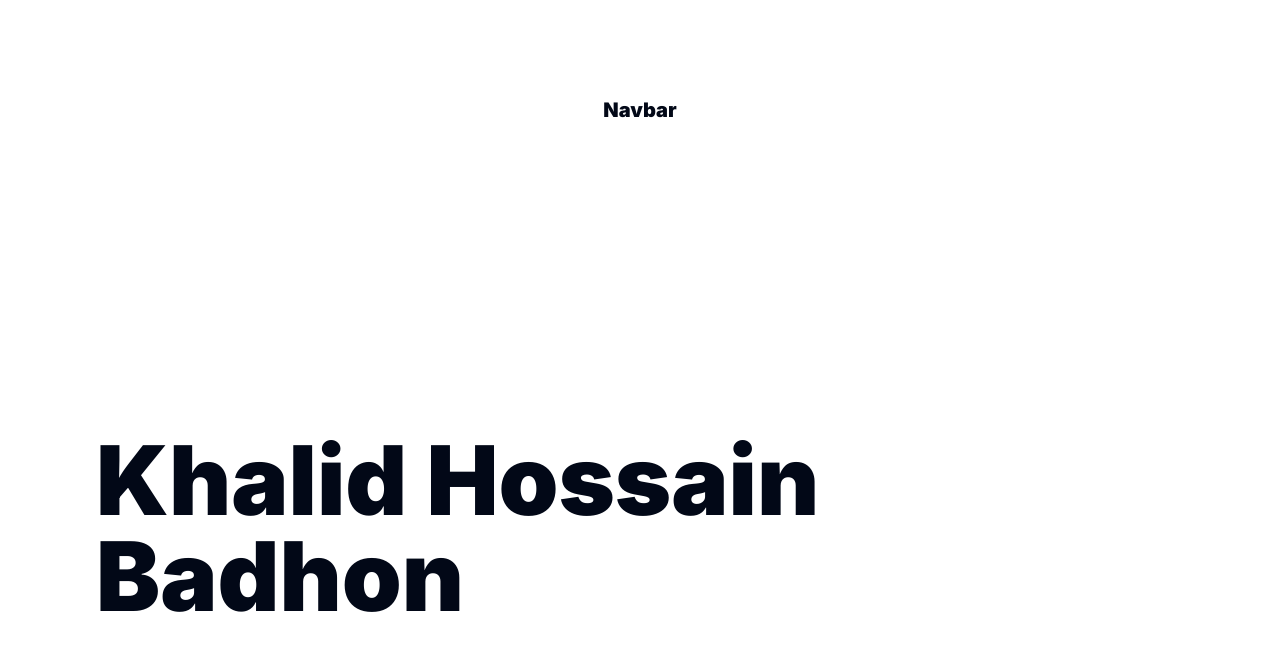
Repository: badhon252/portfolio
Page: /
An editor plug-in stored every save of this project. The page is shown before and after the next save, followed by the edit.
The browser window is 1280 px wide. The pictures show the whole page.
The project was rebuilt for these pictures with package versions that can differ from the ones it lists, and the page was loaded fresh each time. The framework's server and built-in components were replaced by stand-ins that run in the browser. Also part of the build but not shown: next.config.mjs.

Above is the page before, as saved 2024-08-25 16:43:22.

### app/layout.tsx
import type { Metadata } from 'next';
import { Inter } from 'next/font/google';
import './globals.css';

const inter = Inter({ subsets: ['latin'] });

export const metadata: Metadata = {
  title: 'Khalid Hossain | Web Developer',
  description:
    'Passionate Software Engineer with expertise in JavaScript and Python, specializing in crafting high-quality web applications. Proficient in Next.js for building efficient andscalable solutions. Dedicated to delivering exceptional user experiences throughcutting-edge technologies.',
};

export default function RootLayout({
  children,
}: Readonly<{
  children: React.ReactNode;
}>) {
  return (
    <html lang="en">
      <body className={inter.className}>{children}</body>
    </html>
  );
}

### app/page.tsx
import HeroSection from '@/components/Hero/HeroSection';
import Navbar from '@/components/Nav/Navbar';

export default function Home() {
  return (
    <main className="flex min-h-screen flex-col items-center justify-between p-24">
      <Navbar />
      <HeroSection />
    </main>
  );
}

### components/Hero/HeroSection.tsx
export default function HeroSection() {
  return (
    <section>
      <h1 className="h1 text-8xl font-black">Khalid Hossain Badhon</h1>
    </section>
  );
}

### components/Nav/Navbar.tsx
export default function Navbar() {
  return (
    <section>
      <h1 className="h1 text-xl font-black">Navbar </h1>
    </section>
  );
}

Loaded but not shown: app/globals.css (common file); tailwind.config.ts (common file)

After the next save:
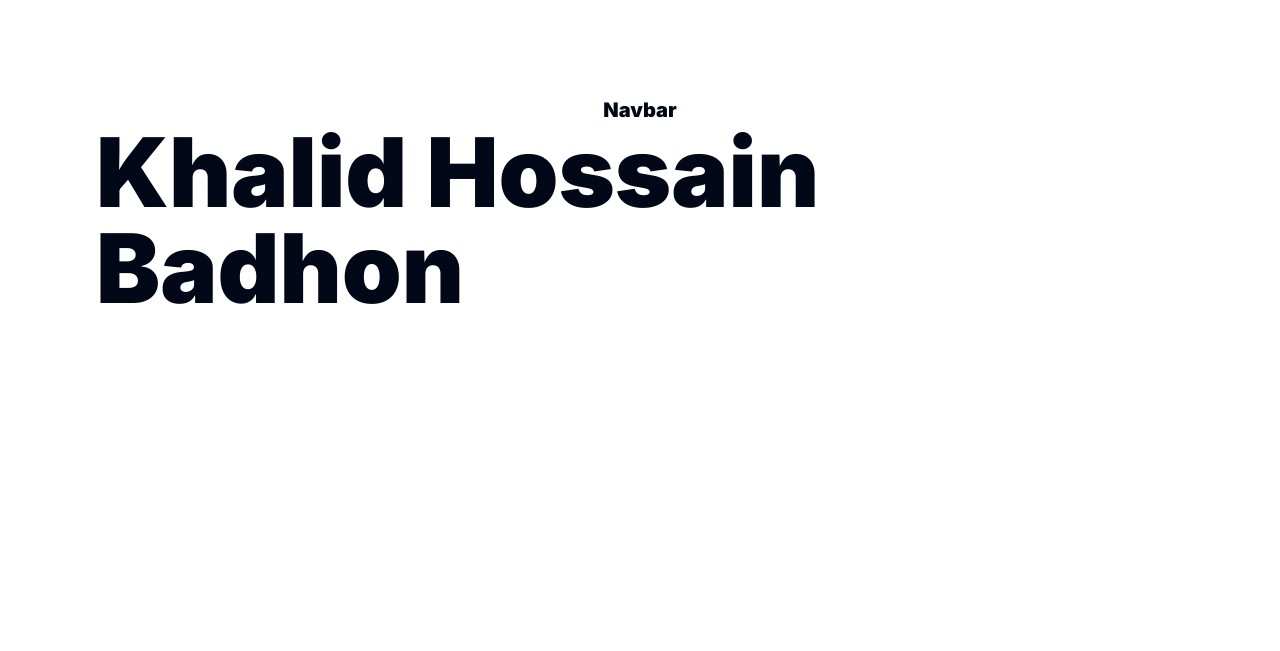
Saved 17 s later.
--- a/app/page.tsx
+++ b/app/page.tsx
@@ -3,7 +3,7 @@ import Navbar from '@/components/Nav/Navbar';
 
 export default function Home() {
   return (
-    <main className="flex min-h-screen flex-col items-center justify-between p-24">
+    <main className="flex min-h-screen flex-col items-center  p-24">
       <Navbar />
       <HeroSection />
     </main>
